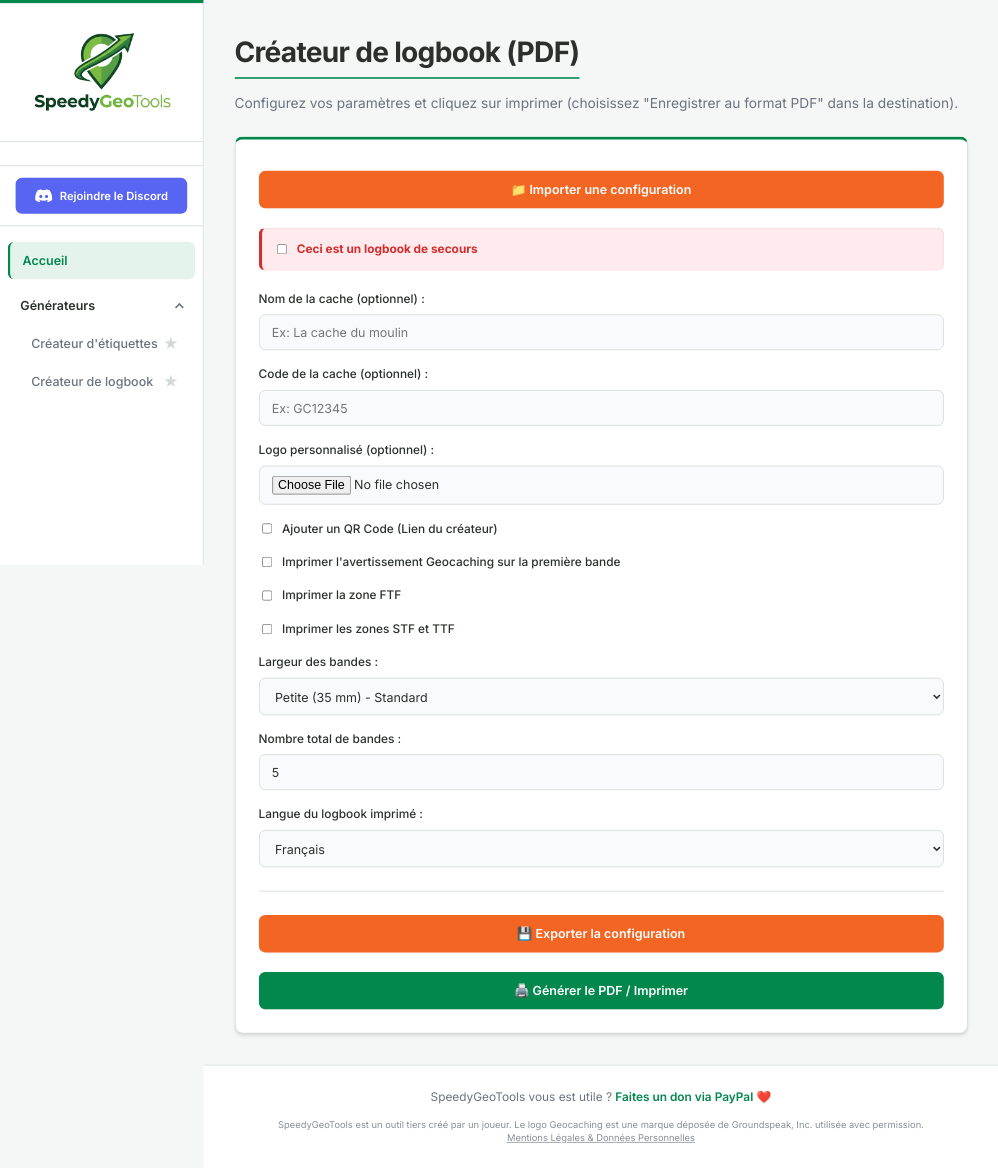
Repository: rodafux/SpeedyGeoTools
Page: logbook.html
The author's editor kept a copy of each file at every save. The page is drawn from the files as they stood at one save, then again after the next save.
The browser window is 1280 px wide. The pictures show the whole page, at 78% of full size.

Above is the page before, as saved 2026-04-10 23:22:45.

After the next save:
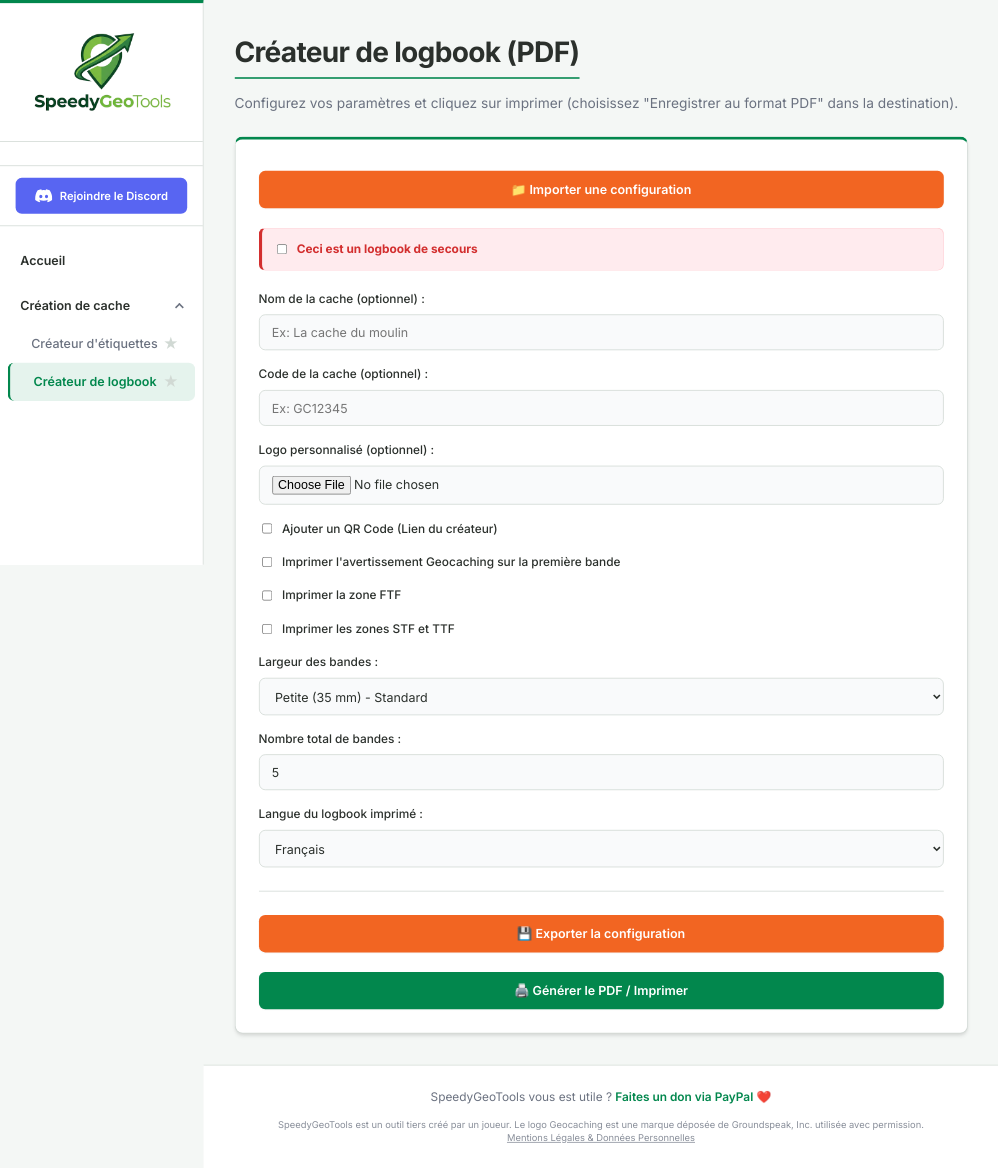
Saved 7 s later.
--- a/logbook.html
+++ b/logbook.html
@@ -26,12 +26,11 @@
             </a>
         </div>
         <div class="sidebar-nav">
-            <a href="index.html" class="active">Accueil</a>
-
+            <a href="index.html">Accueil</a>
             <details open>
-                <summary>Générateurs</summary>
+                <summary>Création de cache</summary>
                 <a href="etiquettes.html">Créateur d'étiquettes</a>
-                <a href="logbook.html">Créateur de logbook</a>
+                <a href="logbook.html" class="active">Créateur de logbook</a>
             </details>
         </div>
     </div>
@@ -45,7 +44,6 @@
                         <input type="file" id="importLogbook" accept=".json" onchange="importLogbookConfig(event)" style="display: none;">
                         <button onclick="document.getElementById('importLogbook').click()" class="btn-secondary">📁 Importer une configuration</button>
                     </div>
-
                     <div class="form-group checkbox-group emergency-toggle">
                         <input type="checkbox" id="isEmergency">
                         <label for="isEmergency" style="color: #d32f2f; font-weight: bold;">Ceci est un logbook de secours</label>
@@ -123,7 +121,6 @@
                             <option value="cs">Čeština (Tchèque)</option>
                         </select>
                     </div>
-
                     <div style="margin-top: 30px; border-top: 1px solid var(--border-color); padding-top: 20px;">
                         <button onclick="exportLogbookConfig()" class="btn-secondary" style="margin-bottom: 15px;">💾 Exporter la configuration</button>
                         <button onclick="generateAndPrint()">🖨️ Générer le PDF / Imprimer</button>
